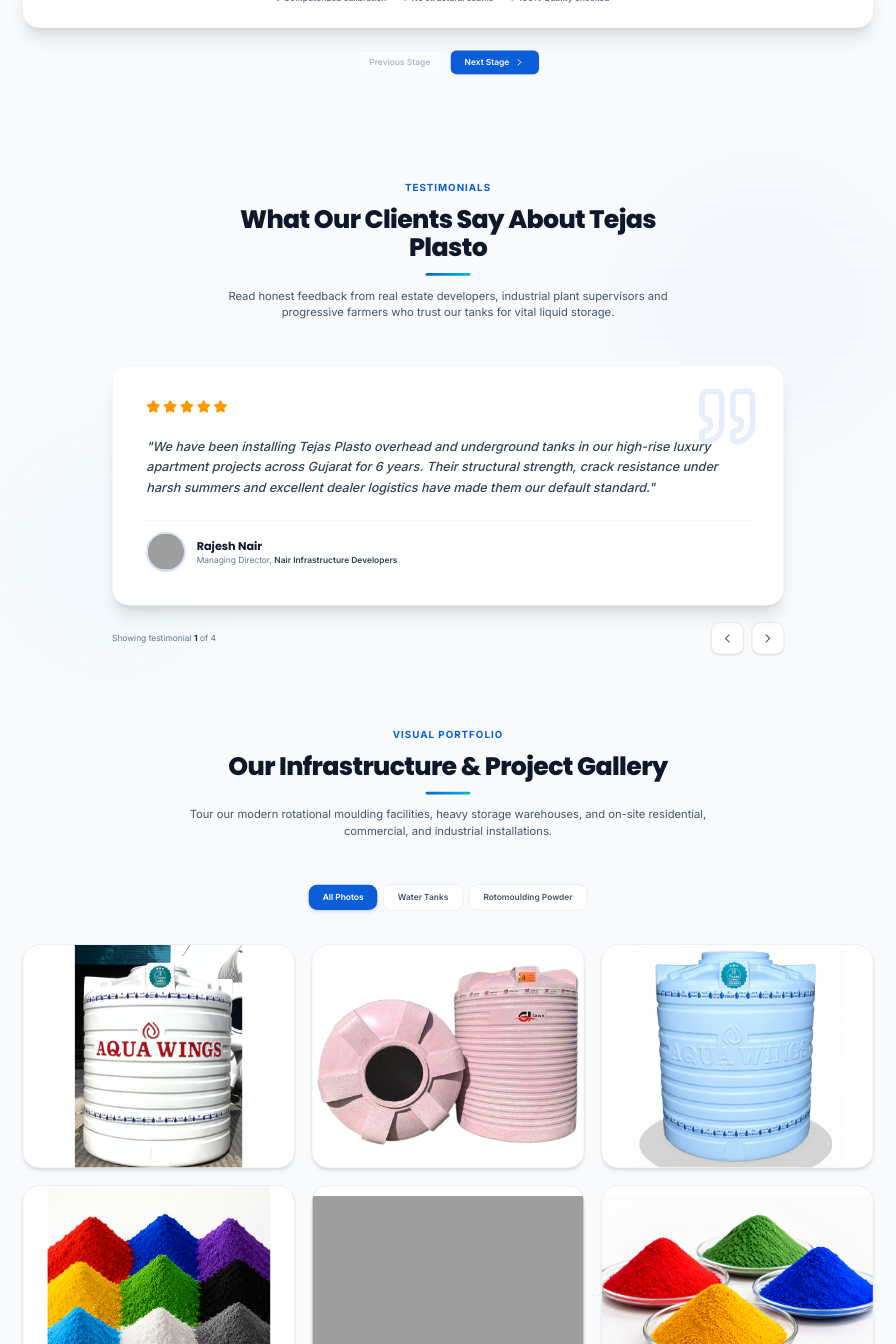
Repository: NikunjRajpara/TejasPlasto
Page: /
The author's editor kept a copy of each file at every save. The page is drawn from the files as they stood at one save, then again after the next save.
The browser window is 1280 px wide. The pictures show the part of the page from y = 4580 to 6500 px (the page is 8569 px tall), at 70% of full size.
Pictures or frames that could not be fetched are drawn as grey boxes. The project was rebuilt for these pictures with package versions that can differ from the ones it lists, and the page was loaded fresh each time. Also part of the build but not shown: vite.config.js, src/components/Certifications.jsx, src/components/QuoteModal.jsx.

Above is the page before, as saved 2026-07-09 11:29:28.

### index.html
<!doctype html>
<html lang="en">
  <head>
    <meta charset="UTF-8" />
    <meta name="viewport" content="width=device-width, initial-scale=1.0" />
    <title>Tejas Plasto - Strong, Safe, and Reliable Water Storage Tanks</title>
  </head>
  <body>
    <div id="root"></div>
    <script type="module" src="/src/main.jsx"></script>
  </body>
</html>

### src/main.jsx
import {StrictMode} from 'react';
import {createRoot} from 'react-dom/client';
import App from './App.jsx';
import './index.css';

const root = document.getElementById('root');

createRoot(root).render(
  <App />
);

### src/App.jsx
/**
 * @license
 * SPDX-License-Identifier-2.0
 */

import React, { useState } from 'react';
import Navbar from './components/Navbar';
import Hero from './components/Hero';
import CompanyOverview from './components/CompanyOverview';
import ProductCategories from './components/ProductCategories';
import WhyChooseUs from './components/WhyChooseUs';
import ManufacturingProcess from './components/ManufacturingProcess';
import IndustriesServed from './components/IndustriesServed';
import Certifications from './components/Certifications';
import Testimonials from './components/Testimonials';
import Gallery from './components/Gallery';
import FAQ from './components/FAQ';
import Contact from './components/Contact';
import Footer from './components/Footer';
import QuoteModal from './components/QuoteModal';

export default function App() {
	const [isQuoteOpen, setIsQuoteOpen] = useState(false);
	const [preSelectedCategory, setPreSelectedCategory] = useState(undefined);

	const handleOpenQuote = (category) => {
		setPreSelectedCategory(category);
		setIsQuoteOpen(true);
	};

	const handleCloseQuote = () => {
		setIsQuoteOpen(false);
		setPreSelectedCategory(undefined);
	};

	return (
		<div className="min-h-screen bg-slate-50 text-slate-800 antialiased selection:bg-primary/20 selection:text-primary">
			{/* Sticky Premium Header */}
			<Navbar onOpenQuote={() => handleOpenQuote()} />

			{/* Main Page Layout */}
			<main>
				{/* Hero Section */}
				<Hero onOpenQuote={() => handleOpenQuote()} />

				{/* Company Overview (About) */}
				<CompanyOverview />

				{/* Product Categories */}
				<ProductCategories onSelectProductForQuote={(cat) => handleOpenQuote(cat)} />

				{/* Why Choose Tejas Plasto */}
				<WhyChooseUs />

				{/* Manufacturing Process */}
				<ManufacturingProcess />

				{/* Industries Served */}
				<IndustriesServed />

				{/* Customer Testimonials Carousel */}
				<Testimonials />

				{/* Infrastructure & Project Gallery with Lightbox */}
				<Gallery />

				{/* Accordion FAQ Section */}
				<FAQ />

				{/* Contact Form & VATVA Map */}
				<Contact />
			</main>

			{/* Multi-column Polished Footer */}
			<Footer />

			{/* Interactive Sizing & Quote Request Calculator Modal */}
			<QuoteModal
				isOpen={isQuoteOpen}
				onClose={handleCloseQuote}
				initialCategory={preSelectedCategory}
			/>
		</div>
	);
}

### src/index.css
@import url('https://fonts.googleapis.com/css2?family=Poppins:wght@300;400;500;600;700;800&family=Inter:wght@300;400;500;600;700&display=swap');
@import "tailwindcss";

@theme {
  --font-sans: "Inter", ui-sans-serif, system-ui, sans-serif;
  --font-display: "Poppins", sans-serif;

  --color-primary: #0B5ED7;
  --color-secondary: #00B8D9;
  --color-accent: #F57C00;
  --color-dark-footer: #0E1726;
}

html {
  scroll-behavior: smooth;
  font-family: var(--font-sans);
}

.font-display {
  font-family: var(--font-display);
}

### src/components/ProductCategories.jsx
import React from 'react';
import { motion, } from 'motion/react';
import { ArrowRight } from "lucide-react";
import { PRODUCTS } from '../data';

export default function ProductCategories({ onSelectProductForQuote }) {

		return (
		<section id="products" className="py-13 bg-slate-50 relative overflow-hidden">
			{/* Background patterns */}
			<div className="absolute top-0 left-1/4 w-96 h-96 bg-primary/2 rounded-full blur-3xl pointer-events-none" />
			<div className="absolute bottom-0 right-10 w-80 h-80 bg-secondary/3 rounded-full blur-2xl pointer-events-none" />

			<div className="max-w-7xl mx-auto px-4 sm:px-6 lg:px-8 relative z-10">

				{/* Section Header */}
				<div className="text-center max-w-3xl mx-auto mb-16 space-y-4">
					<span className="text-sm font-bold text-primary uppercase tracking-widest block">PRODUCT LINEUP</span>
					<h2 className="text-3xl sm:text-4xl font-display font-extrabold text-slate-900 tracking-tight">
						High-Performance Liquid Storage Containment Systems
					</h2>
					<div className="w-16 h-1 bg-gradient-to-r from-primary to-secondary mx-auto rounded" />
					<p className="text-slate-600">
						Engineered using premier virgin polymers, Multi-Layer insulation and heavy-duty structural ribbed profiles to serve diverse domestic, industrial and agricultural operations.
					</p>
				</div>

				{/* Product Cards Grid */}
				<div className="grid grid-cols-1 md:grid-cols-2 lg:grid-cols-3 gap-8" id="products-grid">
					{PRODUCTS.map((product) => (
						<motion.div
							key={product.id}
							whileHover={{ y: -6 }}
							transition={{ duration: 0.2 }}
							className="bg-white rounded-2xl border border-slate-100 overflow-hidden shadow-md hover:shadow-2xl transition-all flex flex-col group"
						>
							{/* Product Image */}
							<div className="relative h-80 flex items-center justify-center bg-white overflow-hidden">
								<img
									src={product.image}
									alt={product.name}
									className="w-[92%] h-[92%] object-contain transition-all duration-500 group-hover:scale-110 group-hover:-translate-y-1"
									referrerPolicy="no-referrer"
								/>
								</div>

							{/* Product Content */}
							<div className="p-6 flex-1 flex flex-col justify-between space-y-5">
								<div className="space-y-1">
									<span className="text-xs font-semibold text-secondary uppercase tracking-widest block">
										{product.category}
									</span>
									<h3 className="font-display font-bold text-lg text-slate-900 group-hover:text-primary transition-colors">
										{product.name}
									</h3>
									</div>

								{/* Tags & Action */}
								<div className="pt-3">
									{/* Feature tags limit 2 */}
									<div className="pt-3 border-t border-slate-100">
										<button
											onClick={() => onSelectProductForQuote(product.category)}
											className="w-full bg-primary hover:bg-primary/90 text-white font-semibold py-3 rounded-xl transition-all flex items-center justify-center gap-2 shadow-md hover:shadow-lg"
										>
											Get a Quote
											<ArrowRight className="w-4 h-4" />
										</button>
									</div>
								</div>
							</div>
						</motion.div>
					))}
				</div>
			</div>

		</section>
	);
}

### src/components/IndustriesServed.jsx
import React from 'react';
import { motion } from 'motion/react';
import { Home, Building2, Sprout, Factory, HardHat, Landmark } from 'lucide-react';
import { INDUSTRIES } from '../data';

export default function IndustriesServed() {
  const getIcon = (iconName) => {
    switch (iconName) {
      case 'Home': return <Home className="w-6 h-6 text-primary" />;
      case 'Building2': return <Building2 className="w-6 h-6 text-secondary" />;
      case 'Sprout': return <Sprout className="w-6 h-6 text-emerald-600" />;
      case 'Factory': return <Factory className="w-6 h-6 text-orange-600" />;
      case 'HardHat': return <HardHat className="w-6 h-6 text-cyan-600" />;
      case 'Milestone': return <Landmark className="w-6 h-6 text-indigo-600" />;
      default: return <Home className="w-6 h-6 text-primary" />;
    }
  };

  const getAccentBg = (iconName) => {
    switch (iconName) {
      case 'Home': return 'bg-primary/5 text-primary border-primary/10';
      case 'Building2': return 'bg-secondary/5 text-secondary border-secondary/10';
      case 'Sprout': return 'bg-emerald-50 text-emerald-600 border-emerald-100';
      case 'Factory': return 'bg-orange-50 text-orange-600 border-orange-100';
      case 'HardHat': return 'bg-cyan-50 text-cyan-600 border-cyan-100';
      case 'Milestone': return 'bg-indigo-50 text-indigo-600 border-indigo-100';
      default: return 'bg-blue-50 text-blue-600 border-blue-100';
    }
  };

  return (
    <section id="industries" className="py-6 bg-slate-50 relative overflow-hidden">
      <div className="max-w-7xl mx-auto px-4 sm:px-6 lg:px-8 relative z-10">



      </div>
    </section>
  );
}

### src/components/Gallery.jsx
import React, { useState, useMemo } from 'react';
import { motion, AnimatePresence } from 'framer-motion';
import { X, ChevronLeft, ChevronRight, Image as ImageIcon, ZoomIn } from 'lucide-react';
import  { GALLERY }  from '../data';

export default function Gallery() {
	const [filter, setFilter] = useState('all');
	const [lightboxIndex, setLightboxIndex] = useState(null);

	// Filtered gallery items
	const filteredItems = useMemo(() => {
		if (filter === 'all') return GALLERY;
		return GALLERY.filter(item => item.category === filter);
	}, [filter]);

	const filterTabs = [
		{ value: 'all', label: 'All Photos' },
		{ value: 'plant', label: 'Water Tanks' },
		{ value: 'products', label: 'Rotomoulding Powder' },

	];

	const handlePrev = () => {
		if (lightboxIndex === null) return;
		setLightboxIndex((prev) => (prev === 0 ? filteredItems.length - 1 : prev - 1));
	};

	const handleNext = () => {
		if (lightboxIndex === null) return;
		setLightboxIndex((prev) => (prev === filteredItems.length - 1 ? 0 : prev + 1));
	};

	return (
		<section id="gallery" className="py-13 bg-slate-50 relative overflow-hidden">
			<div className="max-w-7xl mx-auto px-4 sm:px-6 lg:px-8 relative z-10">

				{/* Section Header */}
				<div className="text-center max-w-3xl mx-auto mb-16 space-y-4">
					<span className="text-sm font-bold text-primary uppercase tracking-widest block">VISUAL PORTFOLIO</span>
					<h2 className="text-3xl sm:text-4xl font-display font-extrabold text-slate-900 tracking-tight">
						Our Infrastructure & Project Gallery
					</h2>
					<div className="w-16 h-1 bg-gradient-to-r from-primary to-secondary mx-auto rounded" />
					<p className="text-slate-600">
						Tour our modern rotational moulding facilities, heavy storage warehouses, and on-site residential, commercial, and industrial installations.
					</p>
				</div>

				{/* Gallery Filter Pills */}
				<div className="flex flex-wrap items-center justify-center gap-2 mb-12" id="gallery-filters">
					{filterTabs.map((tab) => (
						<button
							key={tab.value}
							onClick={() => {
								setFilter(tab.value);
								setLightboxIndex(null); // Reset lightbox active state
							}}
							className={`px-5 py-2.5 rounded-xl text-xs font-semibold transition-all cursor-pointer ${filter === tab.value
								? 'bg-primary text-white shadow-md shadow-primary/15'
								: 'bg-white border border-slate-200 text-slate-600 hover:bg-slate-50'
								}`}
						>
							{tab.label}
						</button>
					))}
				</div>

				{/* Masonry-Style Grid */}
				<motion.div
					className="grid grid-cols-1 sm:grid-cols-2 lg:grid-cols-3 gap-6"
					id="gallery-grid"
				>
					<AnimatePresence mode="popLayout">
						{filteredItems.map((item, index) => (
							<motion.div

								key={item.id}
								initial={{ opacity: 0, scale: 0.9 }}
								animate={{ opacity: 1, scale: 1 }}
								exit={{ opacity: 0, scale: 0.9 }}
								transition={{ duration: 0.3 }}
								onClick={() => setLightboxIndex(index)}
								className="group relative h-80 overflow-hidden rounded-3xl border border-slate-200 bg-white shadow-md hover:shadow-xl transition-all cursor-pointer"
								id={`gallery-item-${item.id}`}
							>
								<img
									src={item.image}
									alt={item.title}
									className="w-full h-full object-contain group-hover:scale-105 transition-transform duration-500"
									referrerPolicy="no-referrer"
								/>

								{/* Overlay hover cover */}
								<div className="absolute inset-0 bg-slate-950/40 opacity-0 group-hover:opacity-100 transition-opacity duration-300 flex flex-col justify-between p-5 text-white" />

								{/* Floating zoom indicator */}
								<div className="absolute top-4 right-4 bg-white/20 backdrop-blur-md p-2 rounded-xl text-white opacity-0 group-hover:opacity-100 transition-opacity duration-300">
									<ZoomIn className="w-4 h-4" />
								</div>

								{/* Info Text */}
								<div className="absolute bottom-0 left-0 right-0 p-5 translate-y-2 group-hover:translate-y-0 opacity-0 group-hover:opacity-100 transition-all duration-300 z-10 text-white">

									<h4 className="font-display font-bold text-sm mt-1 tracking-tight">
										{item.title}
									</h4>
								</div>
							</motion.div>
						))}
					</AnimatePresence>
				</motion.div>
			</div>

			{/* Lightbox Modal */}
			<AnimatePresence>
				{lightboxIndex !== null && (
					<div className="fixed inset-0 z-50 flex items-center justify-center p-4">
						{/* Backdrop */}
						<motion.div
							initial={{ opacity: 0 }}
							animate={{ opacity: 1 }}
							exit={{ opacity: 0 }}
							onClick={() => setLightboxIndex(null)}
							className="fixed inset-0 bg-slate-950/90 backdrop-blur-md"
							id="lightbox-backdrop"
						/>

						{/* Content Container */}
						<motion.div
							initial={{ opacity: 0, scale: 0.95 }}
							animate={{ opacity: 1, scale: 1 }}
							exit={{ opacity: 0, scale: 0.95 }}
							className="relative w-full max-w-4xl z-10 flex flex-col gap-4 text-center"
							id="lightbox-modal"
						>
							{/* Close Button */}
							<button
								onClick={() => setLightboxIndex(null)}
								className="absolute -top-12 right-0 bg-white/10 hover:bg-white/20 text-white p-2 rounded-full transition-colors"
								id="lightbox-close-btn"
							>
								<X className="w-5 h-5" />
							</button>

							{/* Main Image Frame */}
							<div className="relative aspect-[3/2] max-h-[70vh] bg-slate-900 rounded-3xl overflow-hidden shadow-2xl border border-white/10">
								<img
									src={filteredItems[lightboxIndex].image}
									alt={filteredItems[lightboxIndex].title}
									className="w-full h-full object-contain"
									referrerPolicy="no-referrer"
								/>

								{/* Left Arrow */}
								<button
									onClick={handlePrev}
									className="absolute left-4 top-1/2 -translate-y-1/2 bg-slate-950/65 hover:bg-slate-950 text-white p-3 rounded-2xl transition-all"
									aria-label="Previous image"
									id="lightbox-prev-btn"
								>
									<ChevronLeft className="w-5 h-5" />
								</button>

								{/* Right Arrow */}
								<button
									onClick={handleNext}
									className="absolute right-4 top-1/2 -translate-y-1/2 bg-slate-950/65 hover:bg-slate-950 text-white p-3 rounded-2xl transition-all"
									aria-label="Next image"
									id="lightbox-next-btn"
								>
									<ChevronRight className="w-5 h-5" />
								</button>
							</div>

							{/* Bottom Caption */}
							<div className="text-white space-y-1 px-4">
								<span className="text-[10px] text-secondary font-bold tracking-widest uppercase">
									{filteredItems[lightboxIndex].category} Photo • {lightboxIndex + 1} of {filteredItems.length}
								</span>
								<h4 className="font-display font-semibold text-lg">
									{filteredItems[lightboxIndex].title}
								</h4>
							</div>
						</motion.div>
					</div>
				)}
			</AnimatePresence>
		</section >
	);
}

Loaded but not shown: src/data.js (219 lines, source omitted); src/components/Contact.jsx (335 lines, source omitted); src/components/ManufacturingProcess.jsx (176 lines, source omitted); src/components/CompanyOverview.jsx (152 lines, source omitted); src/components/Hero.jsx (200 lines, source omitted); src/components/Navbar.jsx (214 lines, source omitted); src/components/Footer.jsx (132 lines, source omitted); src/components/Testimonials.jsx (119 lines, source omitted); src/components/FAQ.jsx (100 lines, source omitted); src/components/WhyChooseUs.jsx (105 lines, source omitted)

After the next save:
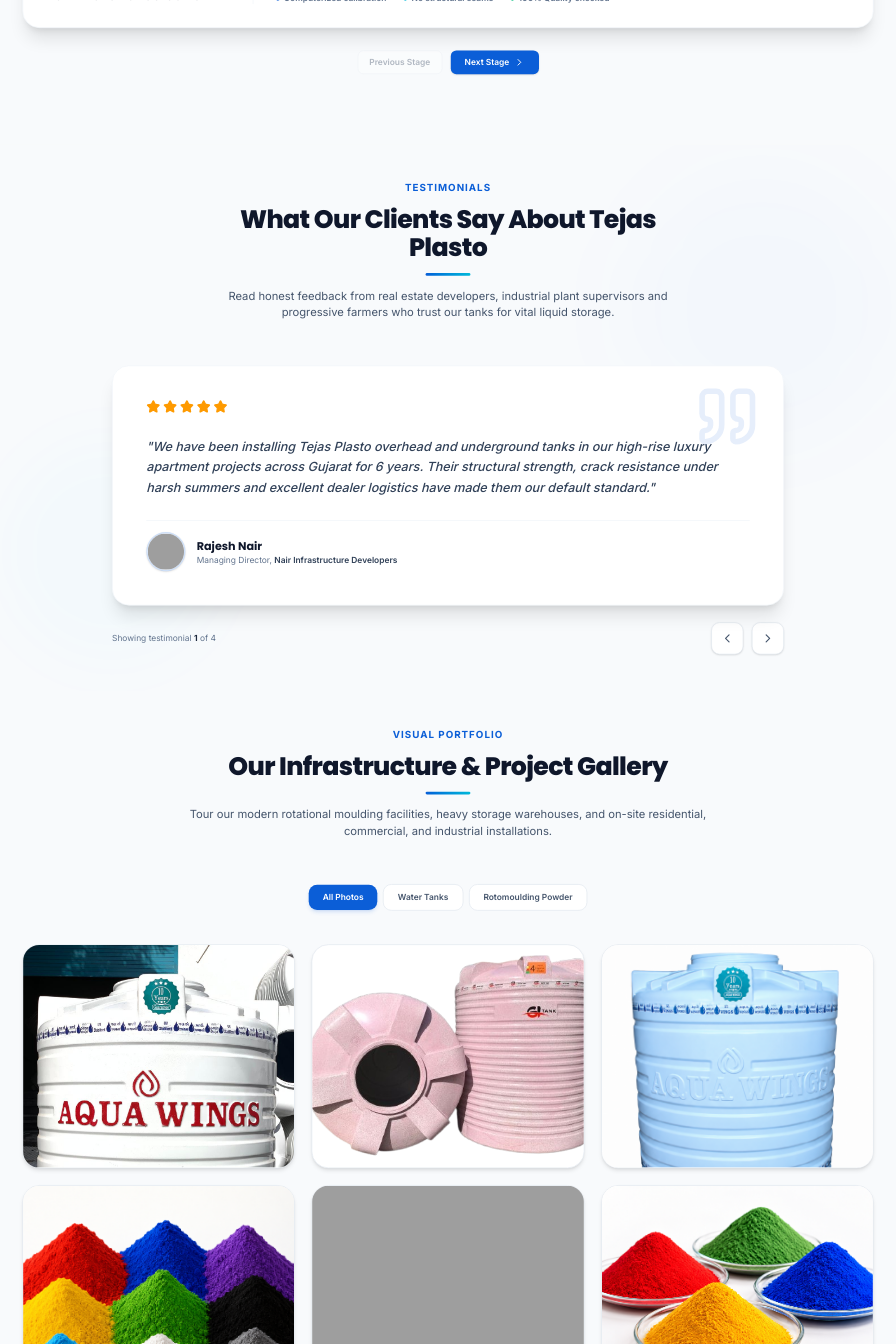
Saved 43 s later.
--- a/src/components/Gallery.jsx
+++ b/src/components/Gallery.jsx
@@ -86,7 +86,7 @@
 								<img
 									src={item.image}
 									alt={item.title}
-									className="w-full h-full object-contain group-hover:scale-105 transition-transform duration-500"
+									className="w-full h-full object-cover object-top transition-transform duration-500 group-hover:scale-105"
 									referrerPolicy="no-referrer"
 								/>
 

After the save that followed:
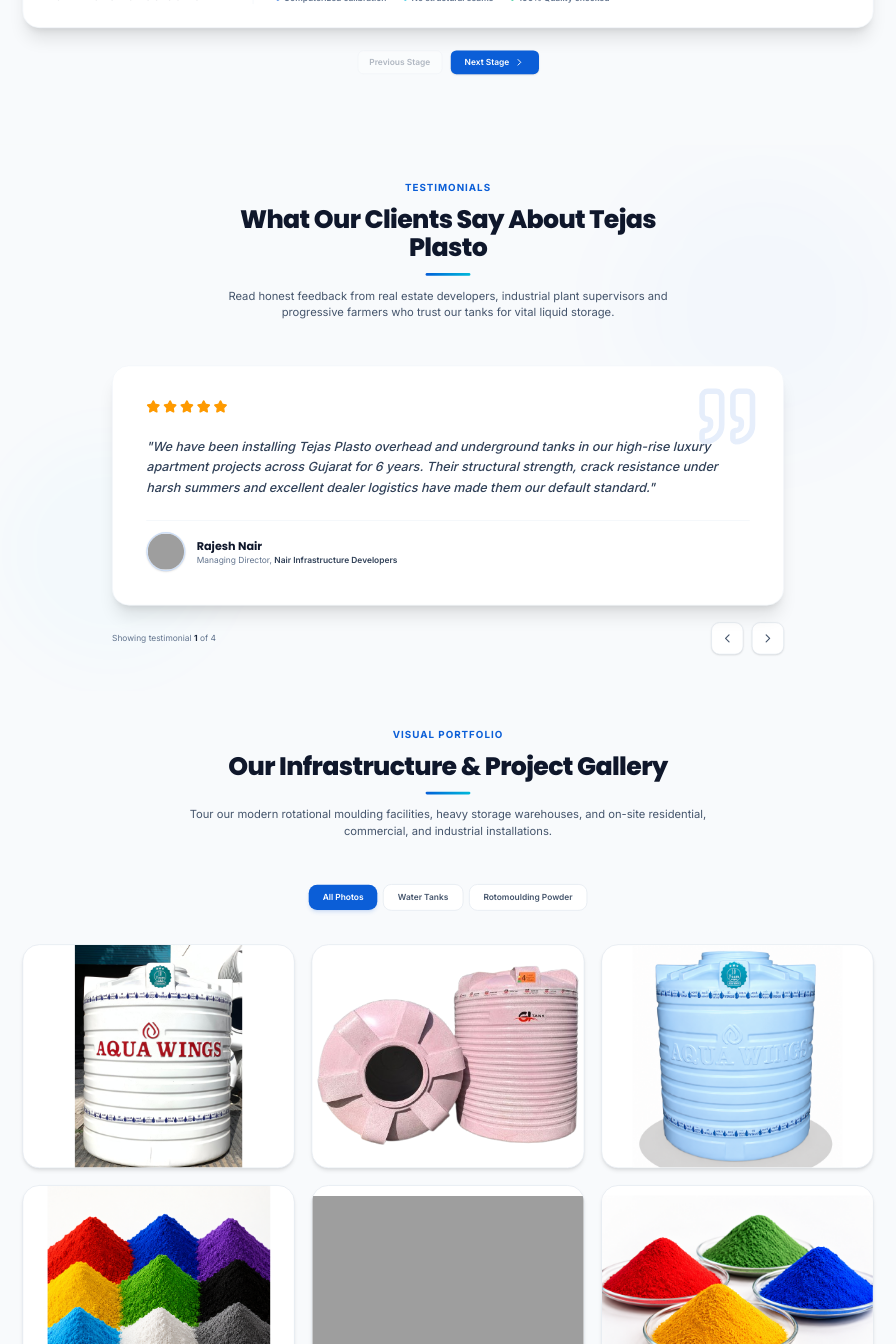
Saved 6 s later.
--- a/src/components/Gallery.jsx
+++ b/src/components/Gallery.jsx
@@ -86,7 +86,7 @@
 								<img
 									src={item.image}
 									alt={item.title}
-									className="w-full h-full object-cover object-top transition-transform duration-500 group-hover:scale-105"
+									className="w-full h-full object-contain group-hover:scale-105 transition-transform duration-500"
 									referrerPolicy="no-referrer"
 								/>
 
